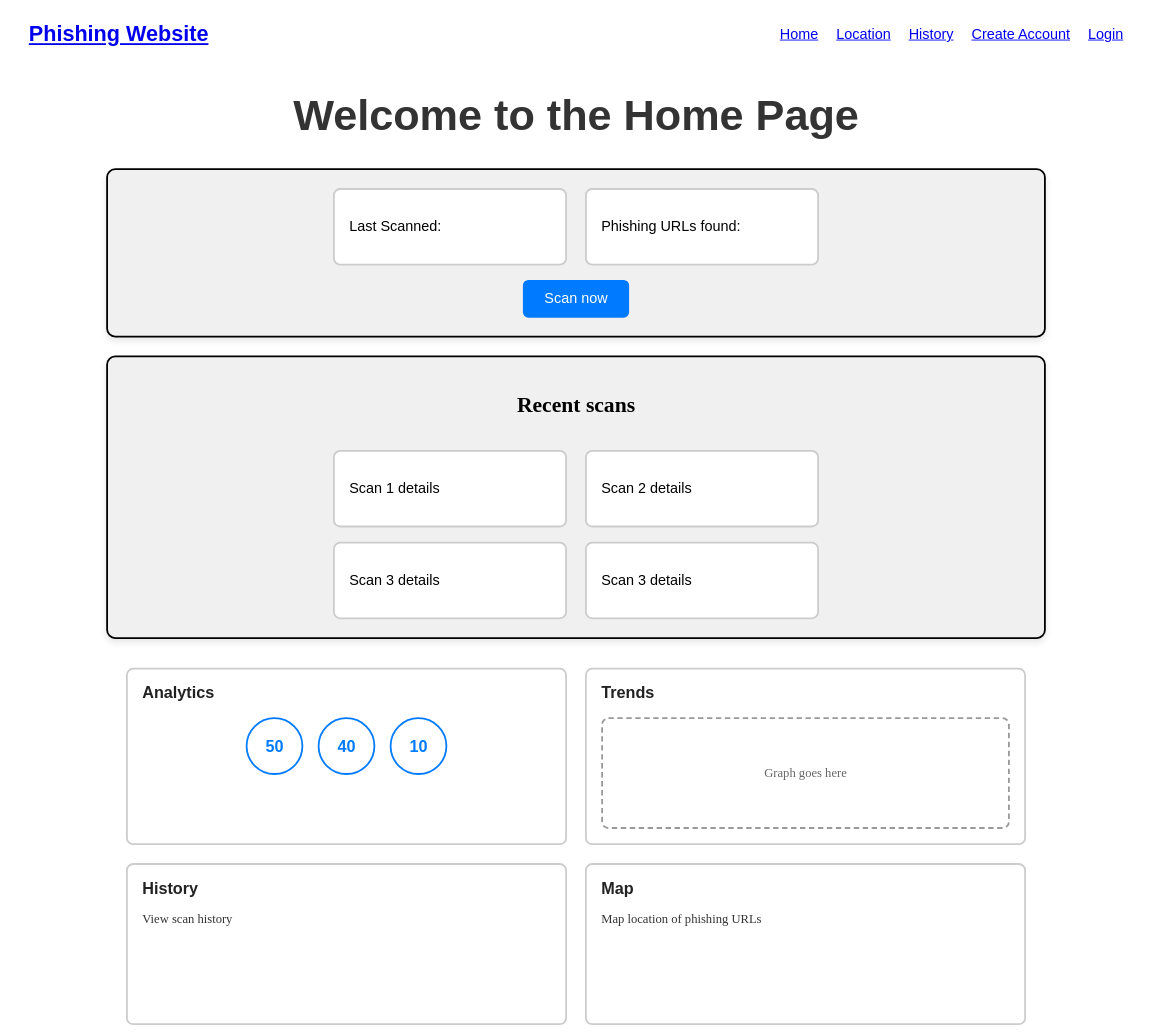
Repository: 2305199/Final-year-project
Page: / (app in frontend/)
The author's editor kept a copy of each file at every save. The page is drawn from the files as they stood at one save, then again after the next save.
The browser window is 1280 px wide. The pictures show the whole page, at 90% of full size.
The project was rebuilt for these pictures with package versions that can differ from the ones it lists, and the page was loaded fresh each time. Also part of the build but not shown: frontend/vite.config.js, frontend/src/Location/Location.jsx, frontend/src/History/History.jsx, frontend/src/User/CreateAccount.jsx, frontend/src/User/Login.jsx.

Above is the page before, as saved 2026-01-29 02:21:08.

After the next save:
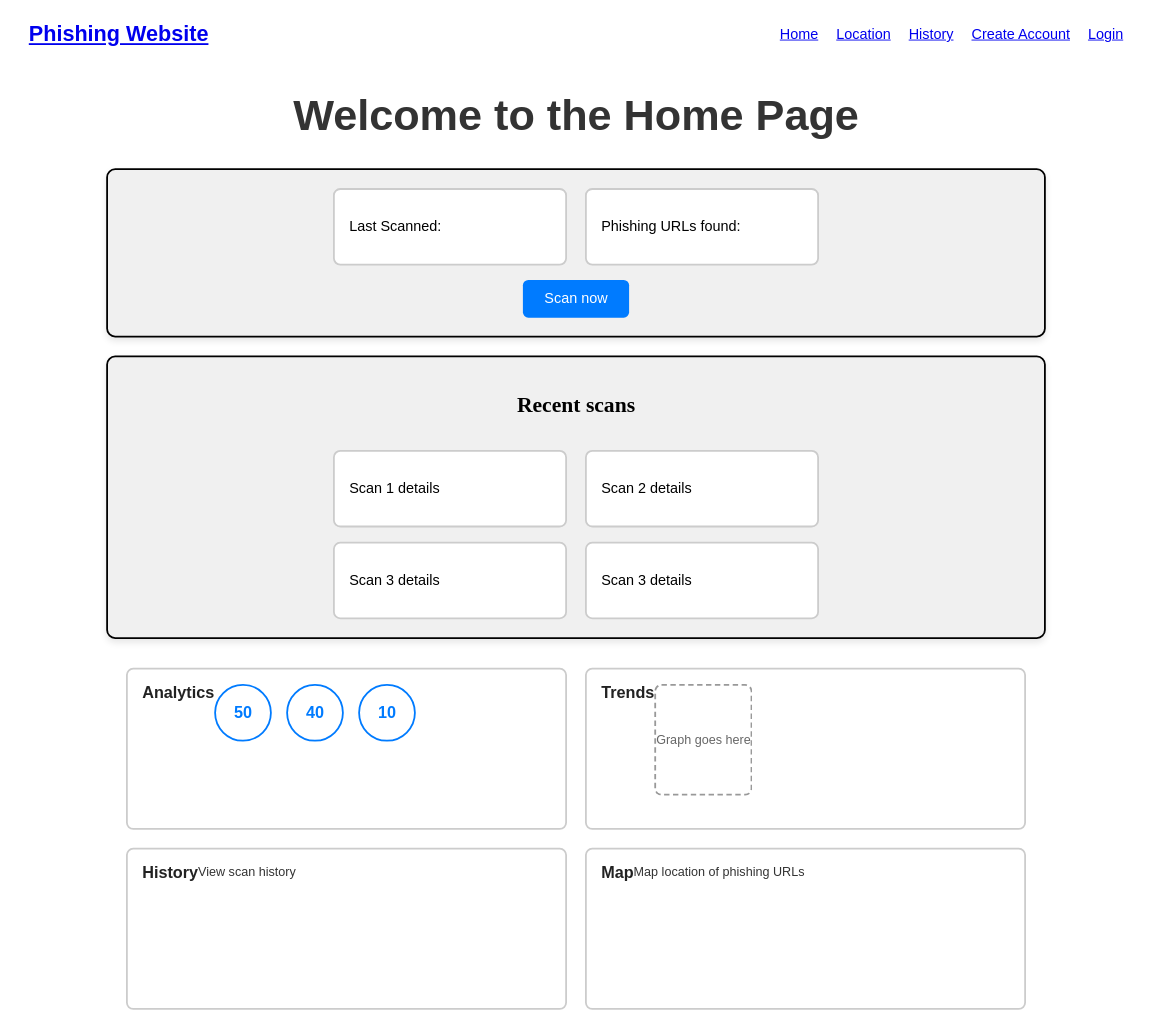
Saved 37 s later.
--- a/frontend/src/Home/Home.module.css
+++ b/frontend/src/Home/Home.module.css
@@ -103,6 +103,8 @@
   padding: 16px;
   min-height: 180px;
   box-sizing: border-box;
+  display: flex;
+  font-family: Arial, Helvetica, sans-serif;
 }
 
 .panelTitle {
@@ -145,9 +147,11 @@
   color: #666;
   font-size: 14px;
   border-radius: 8px;
+  font-family: Arial, Helvetica, sans-serif;
 }
 
 .panelBody {
   font-size: 14px;
   color: #333;
+  font-family: Arial, Helvetica, sans-serif;
 }
